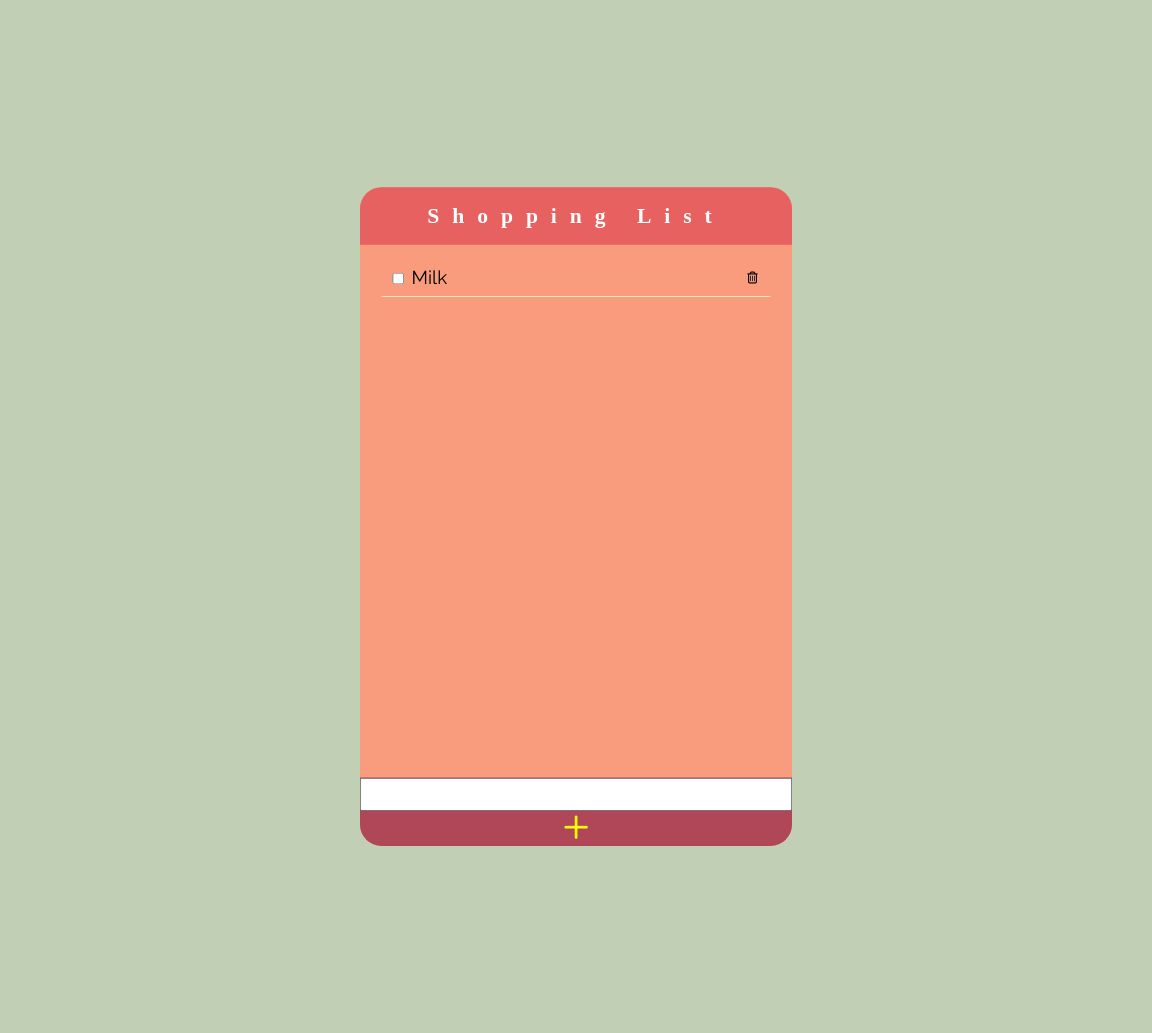
Repository: sephinejo/shopping-list-app
Page: index.html
The author's editor kept a copy of each file at every save. The page is drawn from the files as they stood at one save, then again after a run of saves.
The browser window is 1280 px wide. The pictures show the whole page, at 90% of full size.
Some web fonts or font styles are not loaded; a fallback is used. Some web libraries are served in a nearby version.

Above is the page before, as saved 2023-05-12 16:00:41.

After the next 2 saves:
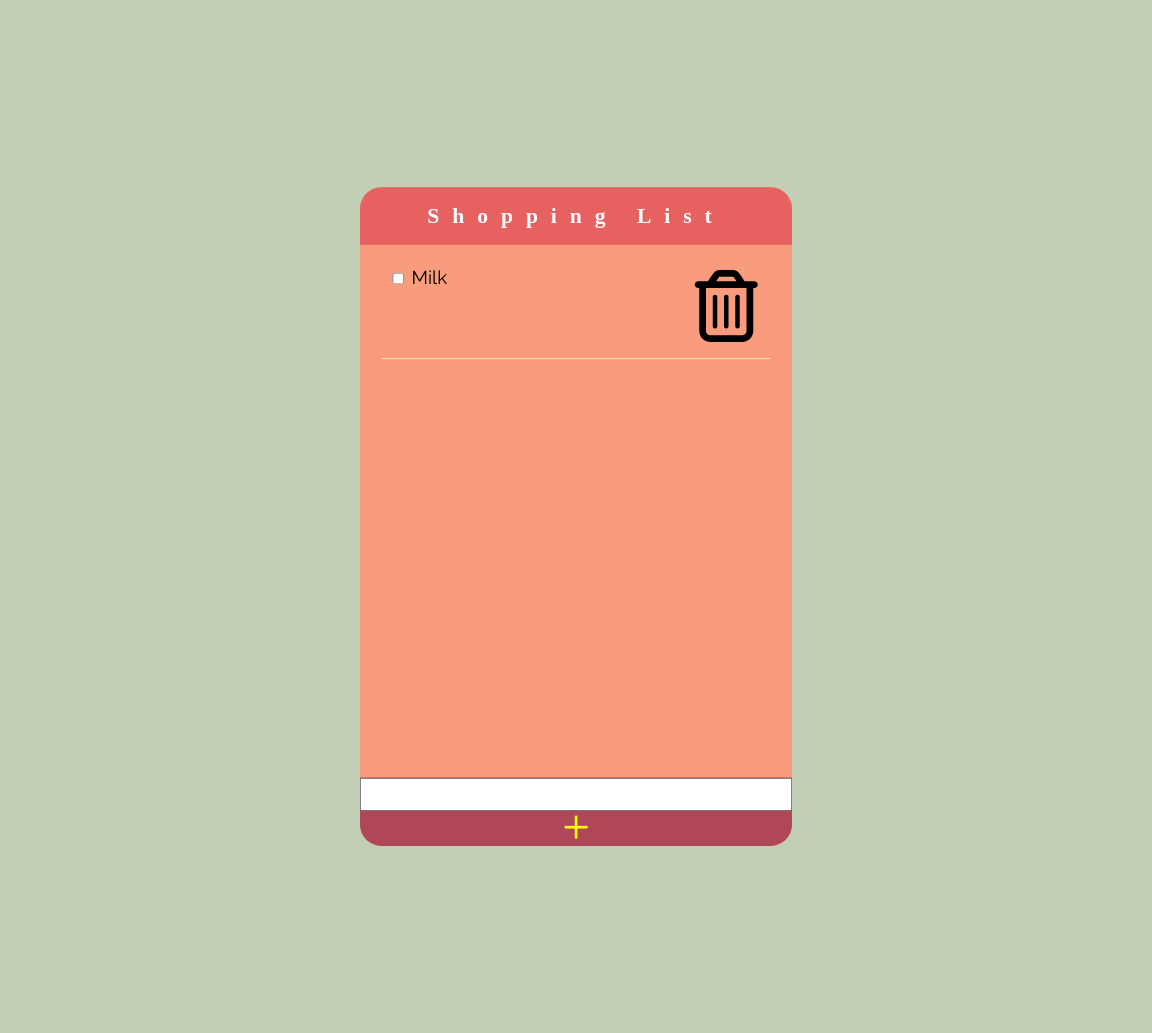
The 2 saves are shown as one change because they came seconds apart.
The last was saved 15 s later.
--- a/style.css
+++ b/style.css
@@ -59,10 +59,10 @@ button {
 
 .item__delete {
   transition: all 300ms ease-in;
+  font-size: 5rem;
 }
 
 .item__delete:hover {
-  font-size: 15rem;
   color: ;
 }
 
